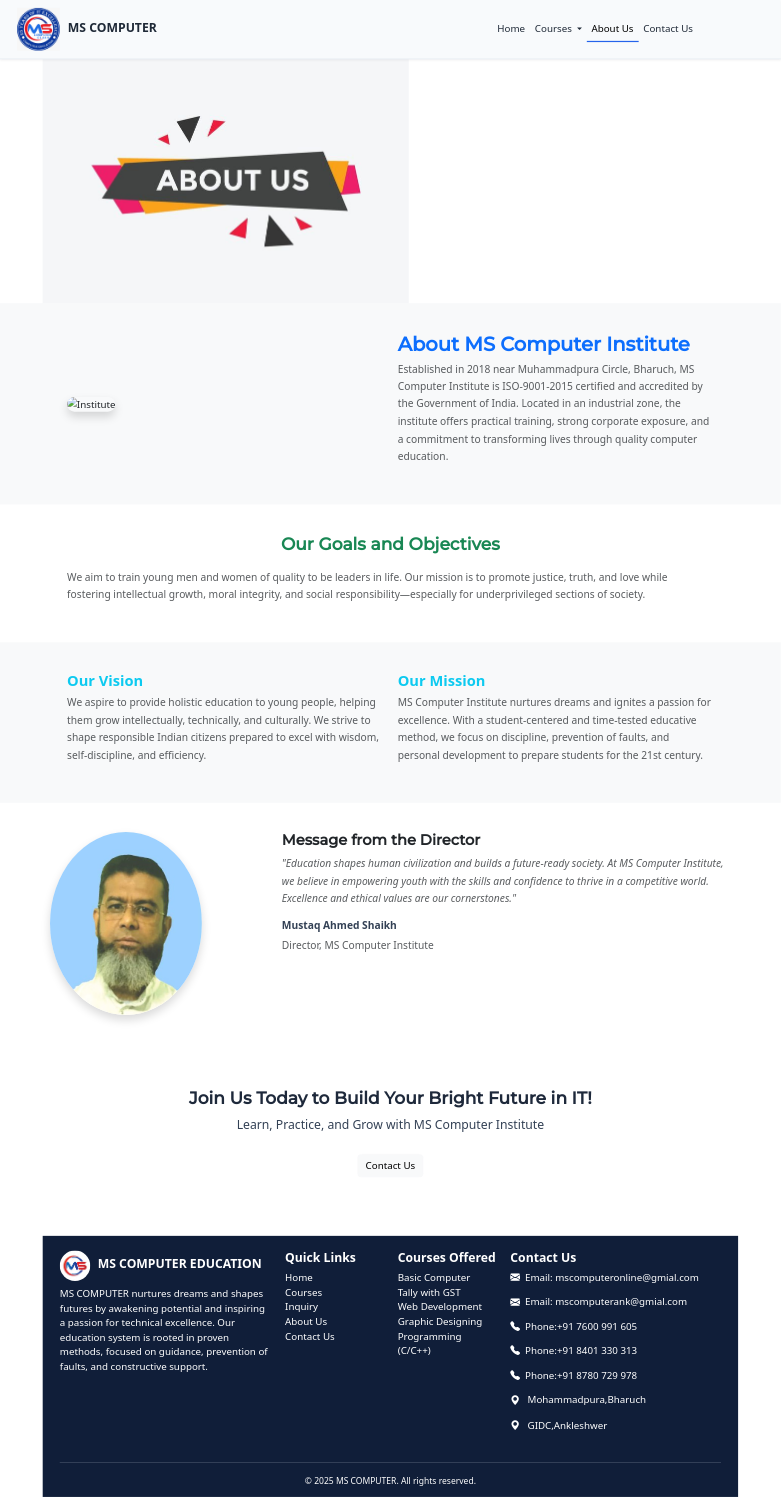
Repository: mscomputer2025/mscomputer
Page: http://localhost/aboutus
The author's editor kept a copy of each file at every save. The page is drawn from the files as they stood at one save, then again after the next save.
The browser window is 1280 px wide. The pictures show the whole page, at 61% of full size.
Some web fonts or font styles are not loaded; a fallback is used. The page is served by the project's Laravel application, run on PHP 8.4 with Laravel 12. Queries for data that is not in the repository find no rows.

Above is the page before, as saved 2025-07-04 17:46:55.

After the next save:
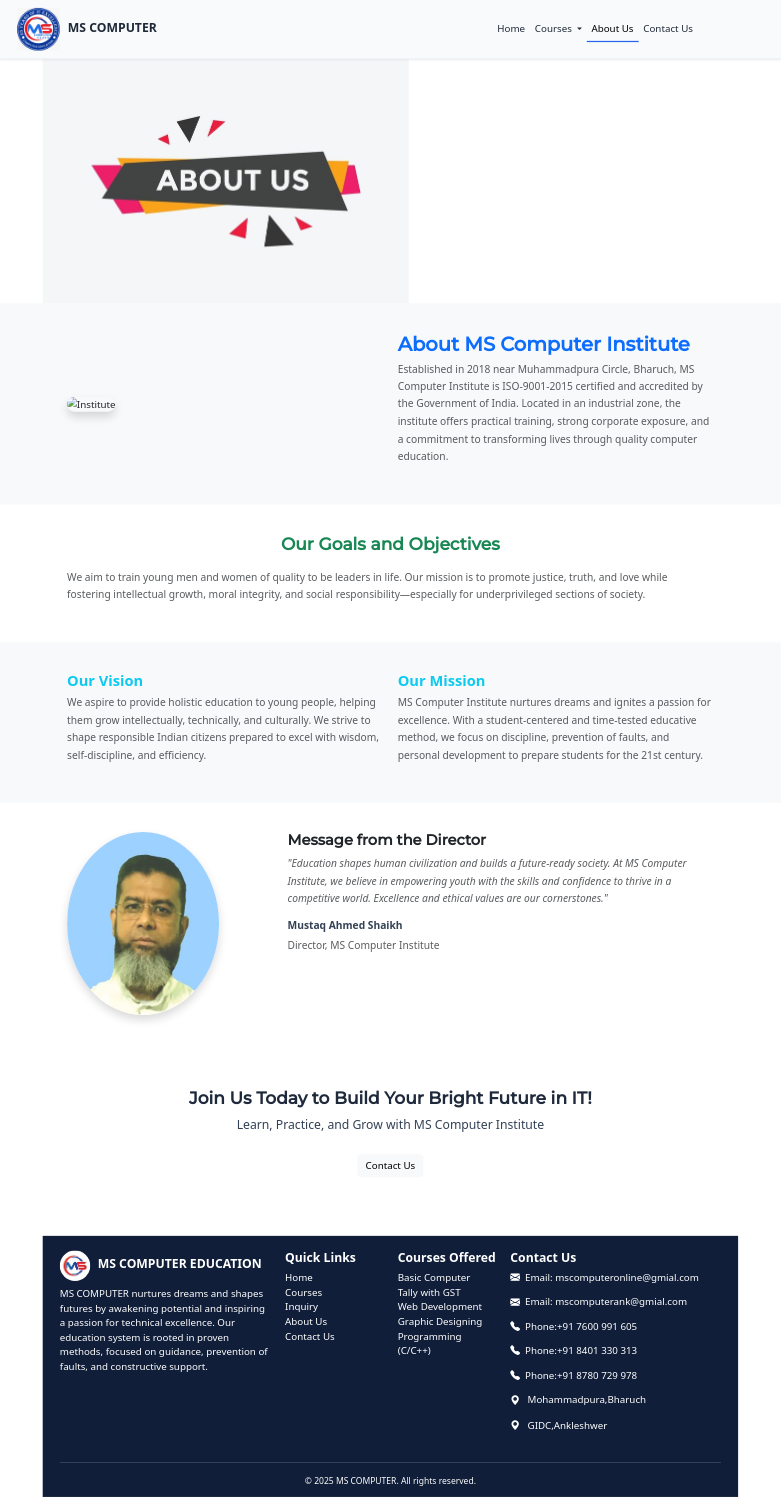
Saved 8 s later.
--- a/resources/views/aboutus.blade.php
+++ b/resources/views/aboutus.blade.php
@@ -65,7 +65,7 @@
     <!-- Director's Message -->
     <section class="py-5">
         <div class="container">
-            <div class="row align-items-start">
+            <div class="row align-items-start mx-3">
                 <div class="col-lg-4 mb-4">
                     <img src="{{ asset('images/director.jpg') }}" class="img-fluid rounded-circle shadow" alt="Director"
                         style="max-height: 300px;">
